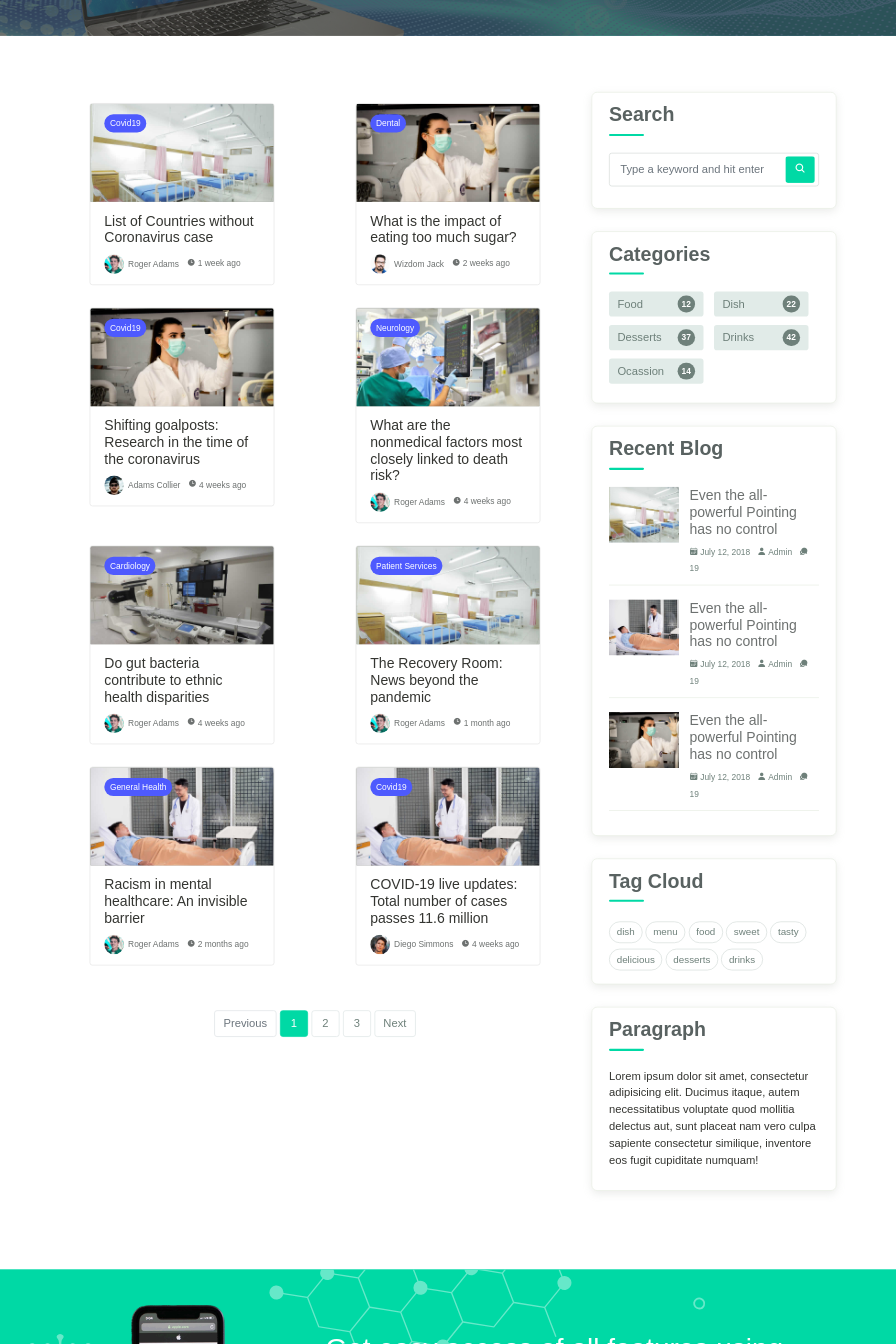
Repository: profbkmurage/myWeb
Page: html/blog.html
These files come from the project's save history. The page is drawn as it stood at one moment and after the next save; the edit follows.
The browser window is 1280 px wide. The pictures show the part of the page from y = 355 to 2275 px (the page is 3004 px tall), at 70% of full size.

Above is the page before, as saved 2023-12-11 14:06:25.

After the next save:
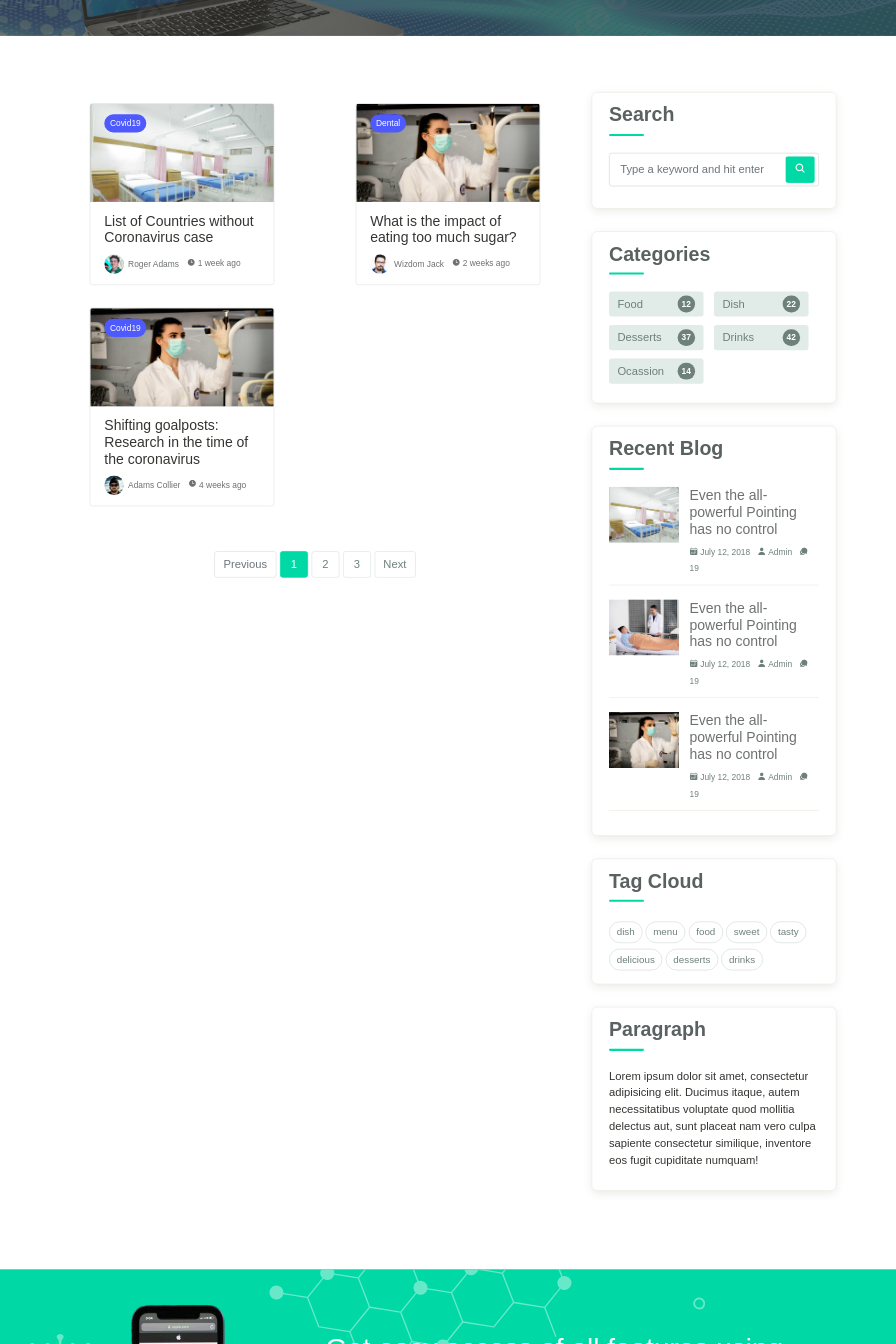
Saved 7 min 3 s later.
--- a/html/blog.html
+++ b/html/blog.html
@@ -182,127 +182,7 @@
                 </div>
               </div>
             </div>
-            <div class="col-sm-6 py-3">
-              <div class="card-blog">
-                <div class="header">
-                  <div class="post-category">
-                    <a href="#">Neurology</a>
-                  </div>
-                  <a href="blog-details" class="post-thumb">
-                    <img src="../assets/img/blog/blog_4.jpg" alt="">
-                  </a>
-                </div>
-                <div class="body">
-                  <h5 class="post-title"><a href="blog-details.html">What are the nonmedical factors most closely linked to death risk?</a></h5>
-                  <div class="site-info">
-                    <div class="avatar mr-2">
-                      <div class="avatar-img">
-                        <img src="../assets/img/person/person_1.jpg" alt="">
-                      </div>
-                      <span>Roger Adams</span>
-                    </div>
-                    <span class="mai-time"></span> 4 weeks ago
-                  </div>
-                </div>
-              </div>
-            </div>
-            <div class="col-sm-6 py-3">
-              <div class="card-blog">
-                <div class="header">
-                  <div class="post-category">
-                    <a href="#">Cardiology</a>
-                  </div>
-                  <a href="blog-details" class="post-thumb">
-                    <img src="../assets/img/blog/blog_5.jpg" alt="">
-                  </a>
-                </div>
-                <div class="body">
-                  <h5 class="post-title"><a href="blog-details.html">Do gut bacteria contribute to ethnic health disparities</a></h5>
-                  <div class="site-info">
-                    <div class="avatar mr-2">
-                      <div class="avatar-img">
-                        <img src="../assets/img/person/person_1.jpg" alt="">
-                      </div>
-                      <span>Roger Adams</span>
-                    </div>
-                    <span class="mai-time"></span> 4 weeks ago
-                  </div>
-                </div>
-              </div>
-            </div>
-            <div class="col-sm-6 py-3">
-              <div class="card-blog">
-                <div class="header">
-                  <div class="post-category">
-                    <a href="#">Patient Services</a>
-                  </div>
-                  <a href="blog-details" class="post-thumb">
-                    <img src="../assets/img/blog/blog_1.jpg" alt="">
-                  </a>
-                </div>
-                <div class="body">
-                  <h5 class="post-title"><a href="blog-details.html">The Recovery Room: News beyond the pandemic</a></h5>
-                  <div class="site-info">
-                    <div class="avatar mr-2">
-                      <div class="avatar-img">
-                        <img src="../assets/img/person/person_1.jpg" alt="">
-                      </div>
-                      <span>Roger Adams</span>
-                    </div>
-                    <span class="mai-time"></span> 1 month ago
-                  </div>
-                </div>
-              </div>
-            </div>
-            <div class="col-sm-6 py-3">
-              <div class="card-blog">
-                <div class="header">
-                  <div class="post-category">
-                    <a href="#">General Health</a>
-                  </div>
-                  <a href="blog-details" class="post-thumb">
-                    <img src="../assets/img/blog/blog_2.jpg" alt="">
-                  </a>
-                </div>
-                <div class="body">
-                  <h5 class="post-title"><a href="blog-details.html">Racism in mental healthcare: An invisible barrier</a></h5>
-                  <div class="site-info">
-                    <div class="avatar mr-2">
-                      <div class="avatar-img">
-                        <img src="../assets/img/person/person_1.jpg" alt="">
-                      </div>
-                      <span>Roger Adams</span>
-                    </div>
-                    <span class="mai-time"></span> 2 months ago
-                  </div>
-                </div>
-              </div>
-            </div>
-
-            <div class="col-sm-6 py-3">
-              <div class="card-blog">
-                <div class="header">
-                  <div class="post-category">
-                    <a href="#">Covid19</a>
-                  </div>
-                  <a href="blog-details" class="post-thumb">
-                    <img src="../assets/img/blog/blog_2.jpg" alt="">
-                  </a>
-                </div>
-                <div class="body">
-                  <h5 class="post-title"><a href="blog-details.html">COVID-19 live updates: Total number of cases passes 11.6 million</a></h5>
-                  <div class="site-info">
-                    <div class="avatar mr-2">
-                      <div class="avatar-img">
-                        <img src="../assets/img/person/person_2.jpg" alt="">
-                      </div>
-                      <span>Diego Simmons</span>
-                    </div>
-                    <span class="mai-time"></span> 4 weeks ago
-                  </div>
-                </div>
-              </div>
-            </div>
+
 
             <div class="col-12 my-5">
               <nav aria-label="Page Navigation">
